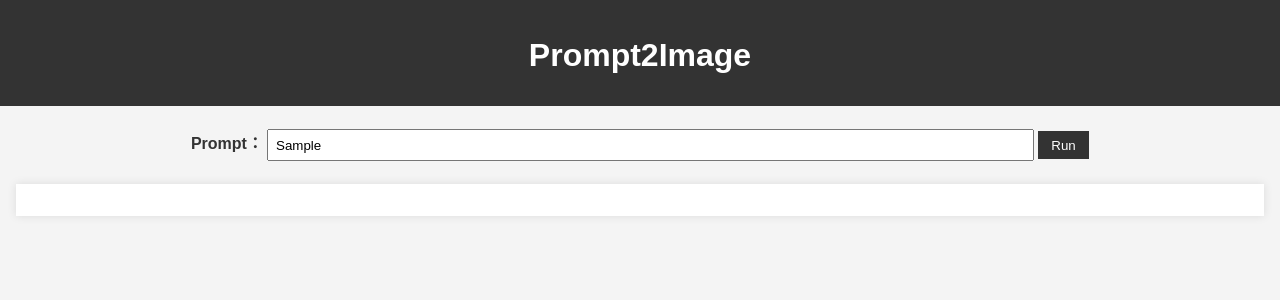
Repository: XTTTZ/Prompt2Image
Page: main1.html
The author's editor kept a copy of each file at every save. The page is drawn from the files as they stood at one save, then again after the next save.
The browser window is 1280 px wide. The pictures show the whole page.
Empty fields were first filled with sample values (such as "Sample", 5 or name@example.com).
After loading, the first visible `button` was clicked once.
The page's requests for data from a server got no answer.

Above is the page before, as saved 2023-11-13 03:40:23.
Console error: ReferenceError: result is not defined

### main1.html
<!DOCTYPE html>
<html lang="en">

<head>
    <meta charset="UTF-8">
    <meta name="viewport" content="width=device-width, initial-scale=1.0">
    <title>Prompt2Image</title>
    <style>
        body {
            font-family: 'Arial', sans-serif;
            margin: 0;
            padding: 0;
            background-color: #f4f4f4;
            color: #333;
        }

        header {
            background-color: #333;
            color: #fff;
            text-align: center;
            padding: 1em;
        }

        h1 {
            margin-bottom: 0.5em;
        }

        form {
            text-align: center;
            margin: 1em;
        }

        label {
            font-weight: bold;
        }

        input {
            padding: 0.5em;
            margin: 0.5em 0;
            width: 60%;
        }

        button {
            padding: 0.5em 1em;
            background-color: #333;
            color: #fff;
            border: none;
            cursor: pointer;
        }

        button:hover {
            background-color: #555;
        }

        #searchResult {
            margin: 1em;
            padding: 1em;
            background-color: #fff;
            box-shadow: 0 0 10px rgba(0, 0, 0, 0.1);
        }
    </style>
</head>

<body>
    <header>
        <h1>Prompt2Image</h1>
    </header>

    <form id="searchForm">
        <label for="searchInput">Prompt：</label>
        <input type="text" id="searchInput" name="searchInput">
        <button type="button" onclick="performSearch()">Run</button>
    </form>

    <div id="searchResult"></div>

    <script>
        function performSearch() {
            var searchInput = document.getElementById('searchInput').value;
            document.getElementById('searchResult').innerHTML = '搜索结果：' + result.message + result.Time_used;


            // 使用AJAX发送搜索内容到后端
            var xhr = new XMLHttpRequest();
            xhr.open('POST', '/search', true);
            xhr.setRequestHeader('Content-Type', 'application/json');
            xhr.onreadystatechange = function () {
                if (xhr.readyState == 4 && xhr.status == 200) {
                    // 处理从后端返回的结果
                    var result = JSON.parse(xhr.responseText);
                    document.getElementById('searchResult').innerHTML = '搜索结果：' + result.message + result.Time_used;
                }
            };
            xhr.send(JSON.stringify({ query: searchInput }));
        }
    </script>
</body>

</html>

After the next save:
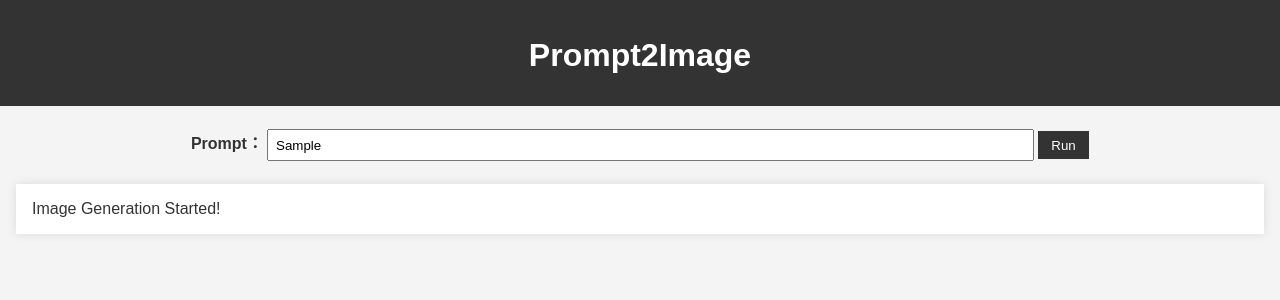
The error is gone.
Saved 32 s later.
--- a/main1.html
+++ b/main1.html
@@ -77,7 +77,7 @@
     <script>
         function performSearch() {
             var searchInput = document.getElementById('searchInput').value;
-            document.getElementById('searchResult').innerHTML = '搜索结果：' + result.message + result.Time_used;
+            document.getElementById('searchResult').innerHTML = 'Image Generation Started!';
 
 
             // 使用AJAX发送搜索内容到后端
